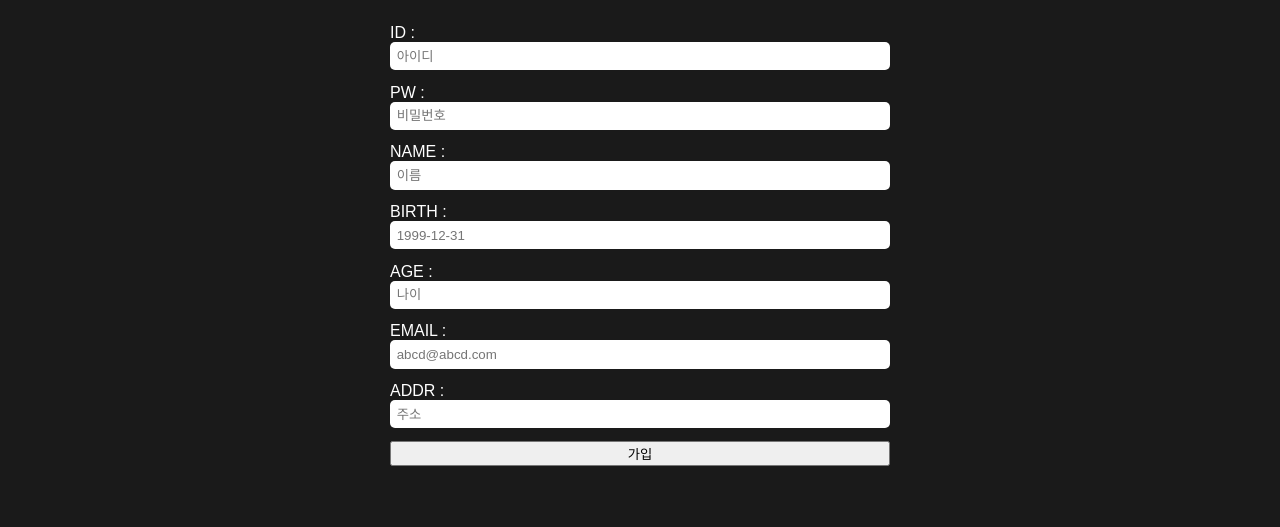
Repository: bbqju13/homework2
Page: http://localhost/zip/WEB-INF/views/member/signup.jsp
These files come from the project's save history. The page is drawn as it stood at one moment and after the next save; the edit follows.
The browser window is 1280 px wide. The pictures show the whole page.
The page is served by Tomcat 9. Nobody is signed in. The template is opened directly, without the code that normally fills it, so the values that code supplies are empty.

Above is the page before, as saved 2023-06-17 16:09:07.

After the next save:
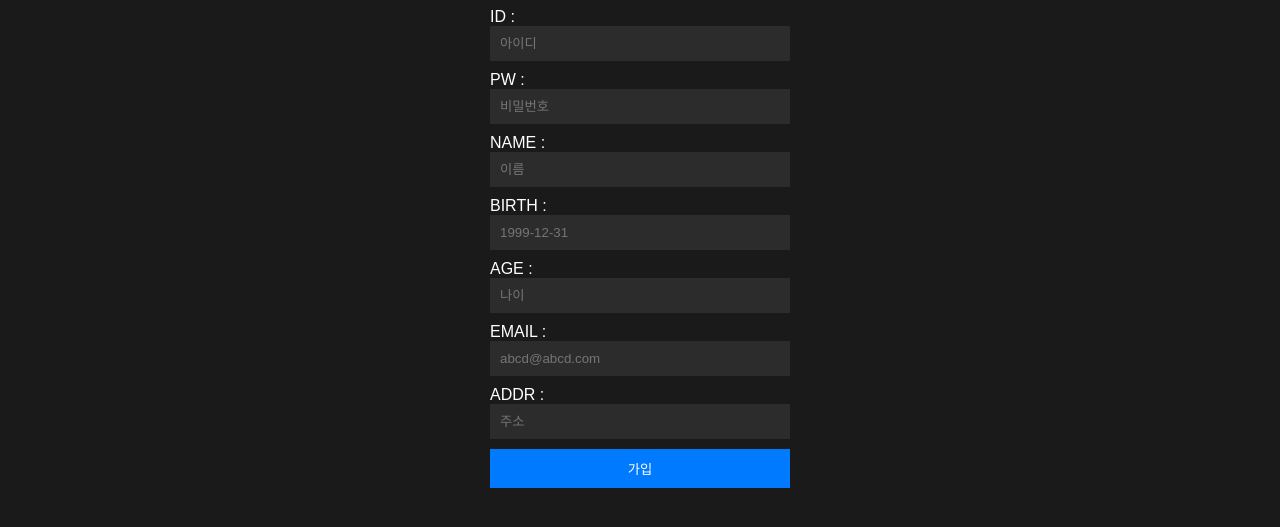
Saved 77 s later.
--- a/zip/src/main/webapp/resources/css/signup.css
+++ b/zip/src/main/webapp/resources/css/signup.css
@@ -1,23 +1,24 @@
-@charset "UTF-8";
-
 body {
 	background-color: #1a1a1a;
-	color: white;
+	color: #fff;
 	font-family: Arial, sans-serif;
 }
 
 form {
 	display: flex;
 	flex-direction: column;
-	max-width: 500px;
-	margin: auto;
-	padding: 1em;
+	max-width: 300px;
+	margin: 0 auto;
 }
 
-input {
-	margin-bottom: 1em;
-	padding: 0.5em;
+input, button {
+	margin-bottom: 10px;
+	padding: 10px;
+	background-color: #2c2c2c;
 	border: none;
-	border-radius: 5px;
-	color: black;
+	color: #fff;
 }
+
+button {
+	background-color: #007BFF;
+}
